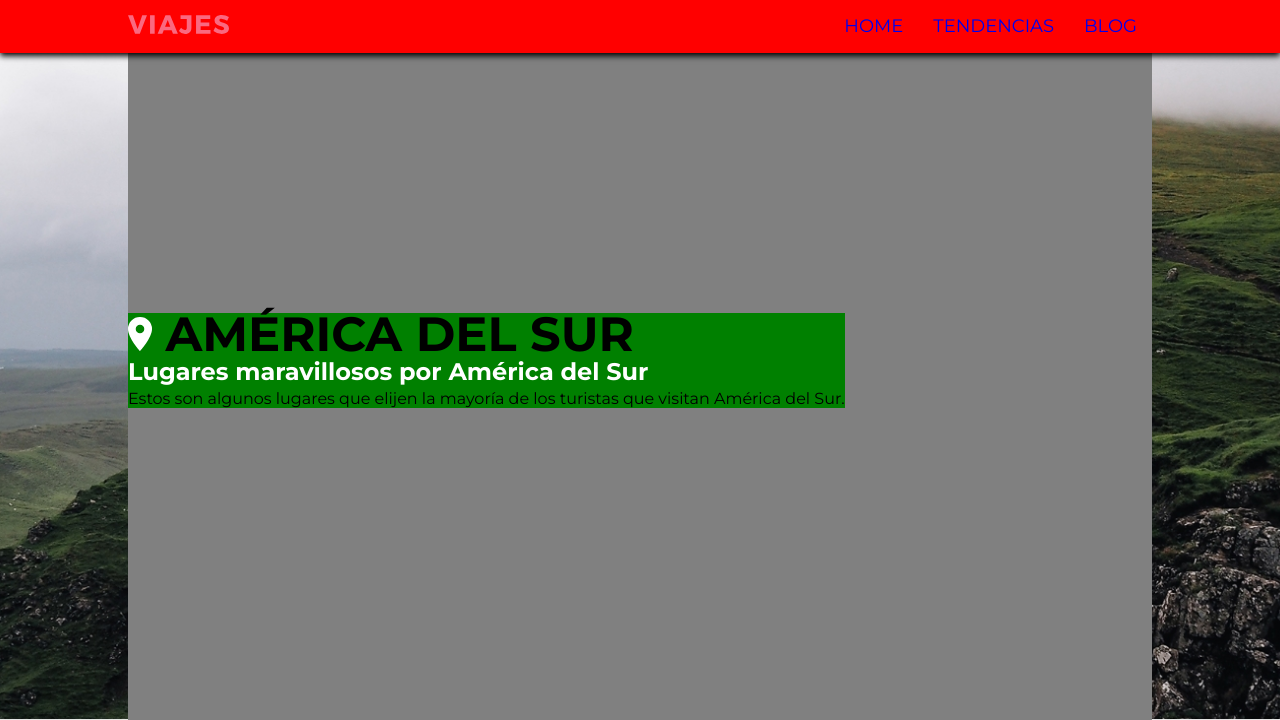
Repository: agustin-mesa/viajes
Page: /
These files come from the project's save history. The page is drawn as it stood at one moment and after the next save; the edit follows.
The browser window is 1280 px wide. The pictures show the whole page.
The project was rebuilt for these pictures with package versions that can differ from the ones it lists, and the page was loaded fresh each time. Also part of the build but not shown: src/components/styles/colors.module.scss.

Above is the page before, as saved 2021-11-11 18:48:23.

After the next save:
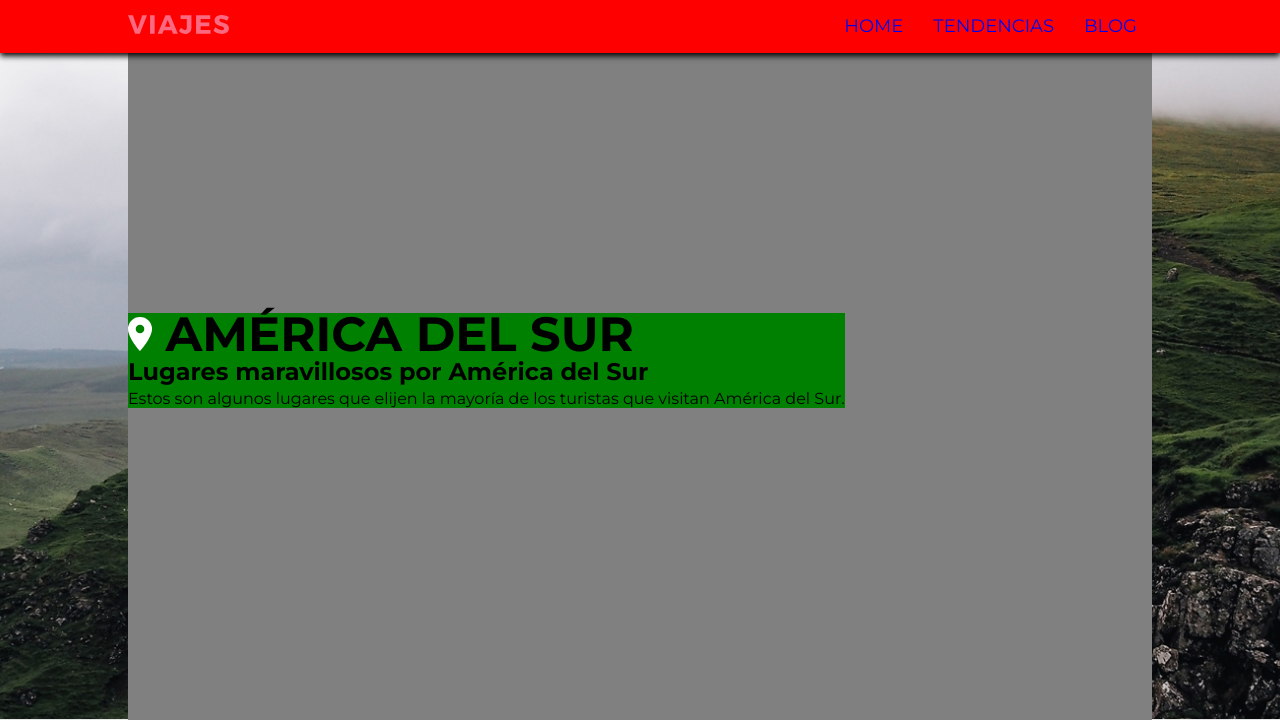
Saved 4 s later.
--- a/src/pages/Home.js
+++ b/src/pages/Home.js
@@ -57,10 +57,7 @@ const HeroWrapper = styled.div`
       font: normal normal bold 48px/42px Montserrat;
     }
     h3 {
-      text-align: left;
       font: normal normal bold 24px/34px Montserrat;
-      letter-spacing: 0px;
-      color: #ffffff;
     }
   }
 `;
